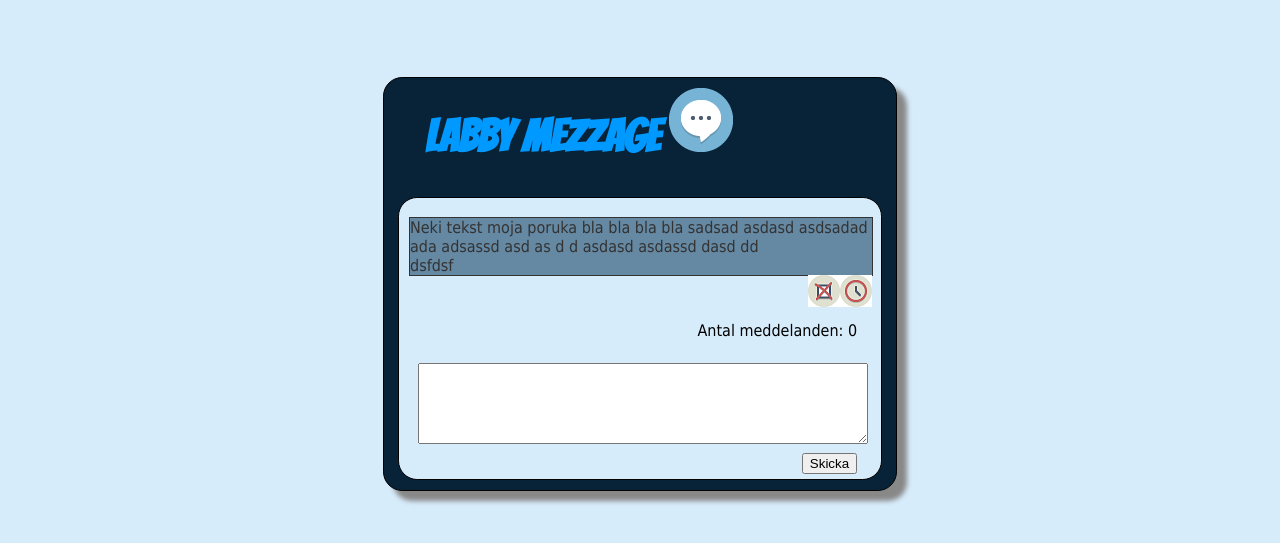
Repository: jb223cp/1dv403-laborationer
Page: 2-labbymezzage/index.html
The author's editor kept a record of every edit. The page is drawn from the files as they stood at one moment, then again after the next edit.
The browser window is 1280 px wide. The pictures show the whole page.

Above is the page before.
Console error: ReferenceError: Message is not defined

### 2-labbymezzage/index.html
<!DOCTYPE html>
<html lang="sv">
<head>
	<meta charset="UTF-8" />
	<link href='//fonts.googleapis.com/css?family=Bangers' rel='stylesheet' type='text/css'>
	<link rel="stylesheet" href="main.css" media="only screen and (min-width:768px)" />
 	<title>Labby Mezzage</title>

</head>
    <body>
        <section class="main">
            <h1>LABBY MEZZAGE <img src="pics/chat.png" alt="chat icon"></h1>

            <section class="message">
                <article>
                    <p>Neki tekst moja poruka bla bla bla bla sadsad asdasd asdsadad ada adsassd asd as  d d asdasd asdassd dasd dd</p>
                    <time>dsfdsf</time>
                    <p><img class="icons" src="pics/clock.png" alt="show time when message is published"></p>

                    <img class="icons" src="pics/x.png" alt="delete message">
                </article>
                <fieldset>
                    <label>Antal meddelanden: 0</label>
                    <textarea cols="50" rows="5" maxlength="250" name="Message" id="area"></textarea>
                    <input type=submit value="Skicka"></input>
                </fieldset>

            </section>

        </section>


    	  <script src="script.js"></script>
    	  <script src="Message.js"></script>

    </body>
</html>

### 2-labbymezzage/main.css
html, body, div, span, applet, object, iframe,
p, blockquote, pre,
a, abbr, acronym, address, big, cite, code,
del, dfn, em, img, ins, kbd, q, s, samp,
small, strike, strong, sub, sup, tt, var,
b, u, i, center, ol, ul, li,
fieldset, form, label, legend,
table, caption, tbody, tfoot, thead, tr, th, td,
article, aside, canvas, details, embed,
figure, figcaption, footer, header, hgroup,
menu, nav, output, ruby, section, summary,
time, mark, audio, video {
	margin: 0;
	padding: 0;
	border: 0;
	font-size: 100%;
	font: inherit;
	vertical-align: baseline;
}
/* HTML5 display-role reset for older browsers */

article, aside, details, figcaption, figure,
footer, header, hgroup, menu, nav, section {
	display: block;
}

body{
    background-color:#D7ECFB;
}

h1{
    margin-left:8%;
    margin-right:auto;
    margin-top:2%;
    font-family: 'Bangers', cursive;
    font-size:2.8em;
    color:#0099FF;

}
img.icons{
    /*margin-right:2%;
    margin-top:4%;*/
    float:right;
}


section.main{
    width:40%;
    margin-left:auto;
    margin-right:auto;
    margin-top:6%;
    background-color:#082338;
    border-style: solid;
    border-width: 1px;
    border-color:black;
    border-radius:1.2em;
    box-shadow: 10px 10px 5px #888888;

}
section.message{
    /*margin-top:2%;*/
    margin-bottom:2%;
    background-color:#D7ECFB;
    width:94%;
    margin-right:auto;
    margin-left:auto;
    border-radius:1.2em;
    border-style: solid;
    border-width: 1px;
    border-color:black;

}
article{
    background-color:#6588A3;
    border-style: solid;
    border-width: 1px;
    border-color:#333333;
    width:96%;
    margin-top:4%;
    margin-left:2%;
    margin-right:2%;
    color:#333333;
     font-family:tahoma;
}
label{
    float:right;
    margin-right:3%;
    margin-top:3%;
    font-family:tahoma;
}
textarea{
    width:96%;
    margin-left:2%;
    margin-right:2%;
    margin-top:5%;
    margin-top:5%;
}

fieldset{
    width:96%;
    margin-left:2%;
    margin-right:2%;
}
input{
    float:right;
    margin-right:3%;
    margin-top:1%;
    margin-bottom:1%;
}

### 2-labbymezzage/script.js
"use strict";


    var MessageBoard = {

	init: function(){

		var now= new Date();
		var messages = [];

		Message[0] = new Message("test", now.getHours()+":"+now.getMinutes()+":"+now.getSeconds());
		Message[0] = new Message("Penny", now.getHours()+":"+now.getMinutes()+":"+now.getSeconds());
		Message[0] = new Message("Penny", now.getHours()+":"+now.getMinutes()+":"+now.getSeconds());


	}

};
	window.onload = MessageBoard.init;

Loaded but not shown: 2-labbymezzage/Message.js (no copy from this time; the picture is the same without it)

After the next edit:
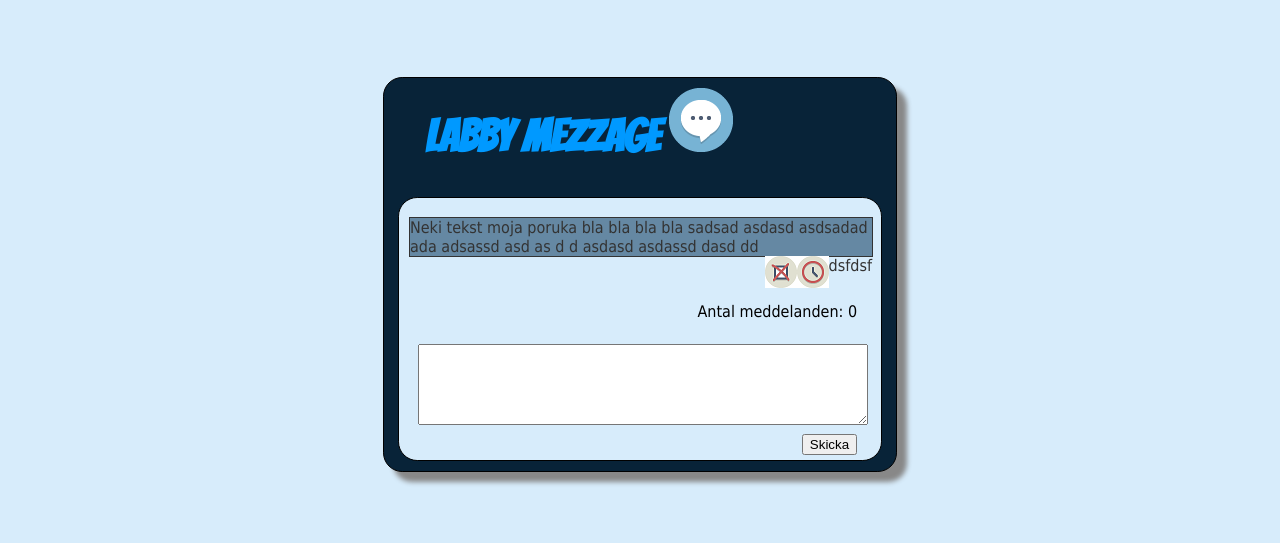
The edit:
--- a/2-labbymezzage/main.css
+++ b/2-labbymezzage/main.css
@@ -40,6 +40,9 @@
 img.icons{
     /*margin-right:2%;
     margin-top:4%;*/
+    float:right;
+}
+time{
     float:right;
 }
 
